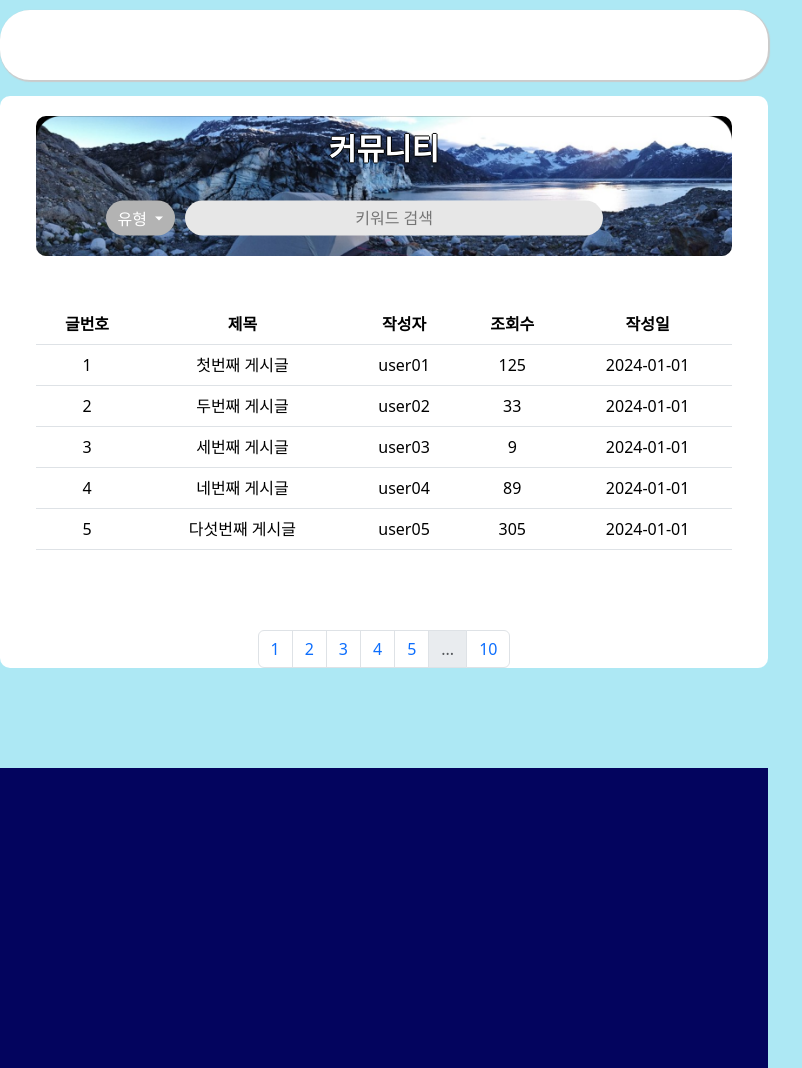
Repository: KimMJ0964/jsp
Page: http://localhost/Trafi/views/community/communityMain.jsp
An editor plug-in stored every save of this project. The page is shown before and after the next save, followed by the edit.
The browser window is 768 px wide. The page is 802 px wide, so the pictures cover 802 px, including what lies to the right of the window. The pictures show the whole page.
The page is served by Tomcat 9.

Above is the page before, as saved 2024-09-19 07:46:32.

After the next save:
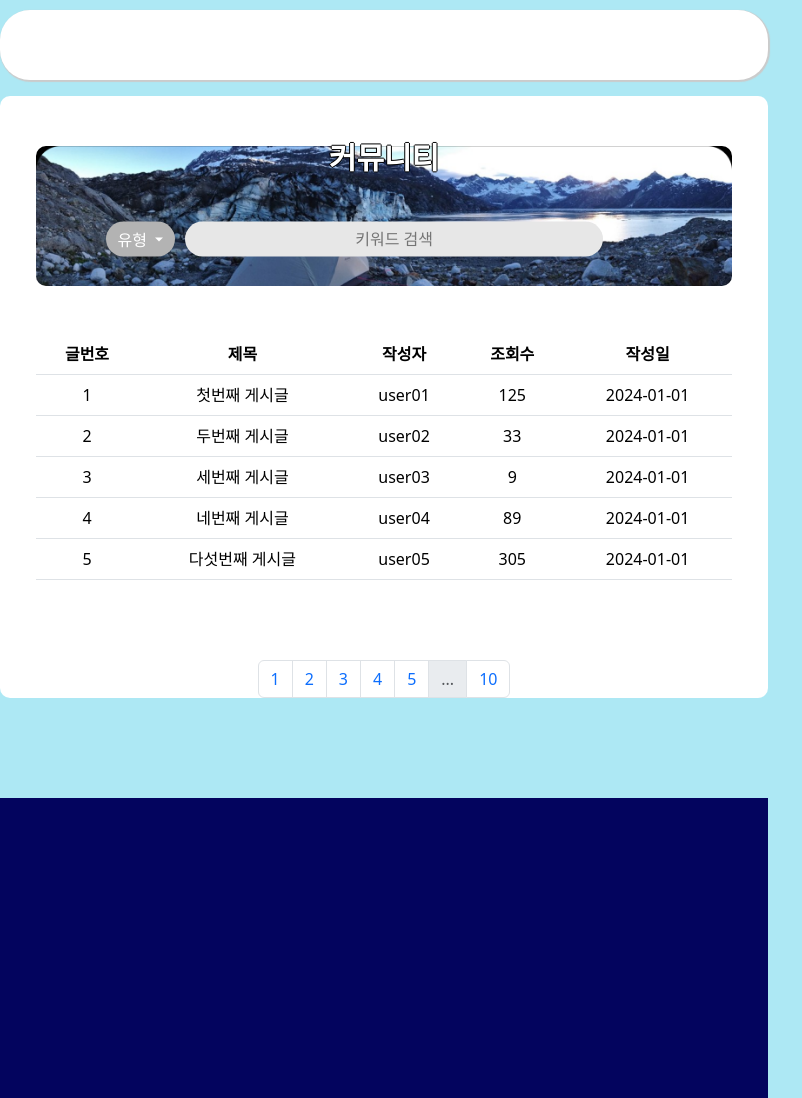
Saved 56 s later.
--- a/Trafi/src/main/webapp/views/community/communityMain.jsp
+++ b/Trafi/src/main/webapp/views/community/communityMain.jsp
@@ -164,7 +164,7 @@
             .main_image img {
                 width: 100%;
                 border-radius: 10px;
-                margin-top: 20px;
+                margin-top: 50px;
             }
             .main_image_text {
                 font-size: 30px;

After the save that followed:
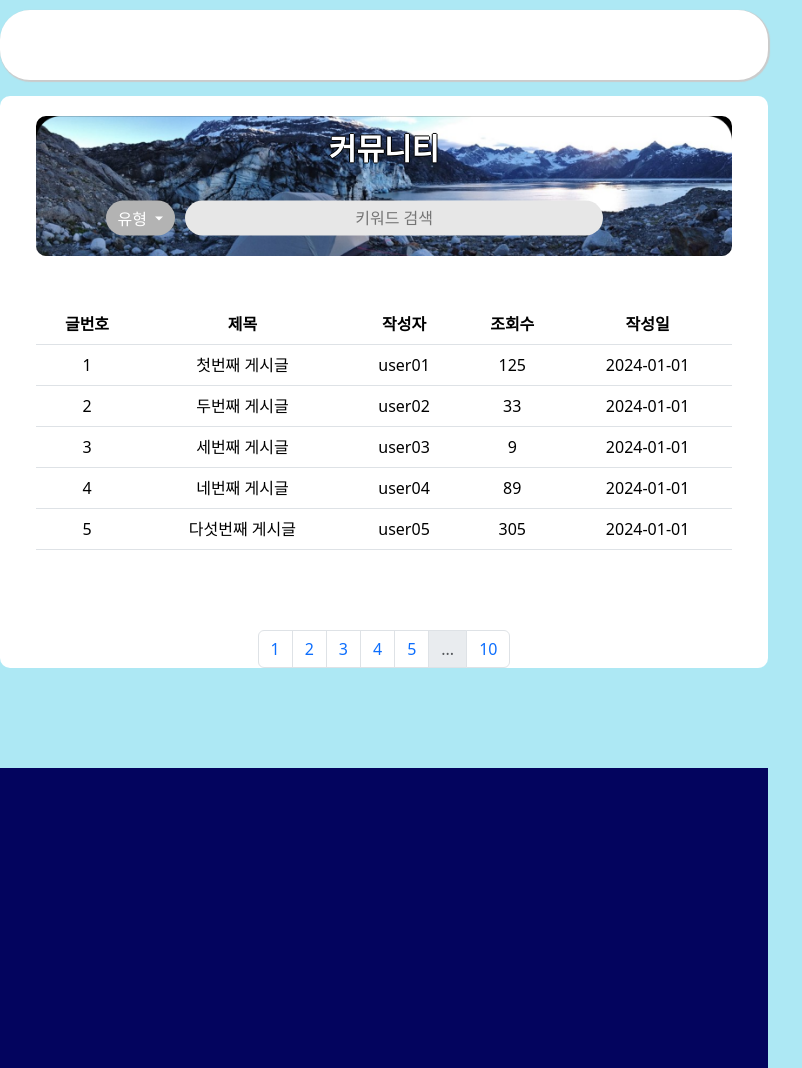
Saved 6 s later.
--- a/Trafi/src/main/webapp/views/community/communityMain.jsp
+++ b/Trafi/src/main/webapp/views/community/communityMain.jsp
@@ -164,7 +164,7 @@
             .main_image img {
                 width: 100%;
                 border-radius: 10px;
-                margin-top: 50px;
+                margin-top: 20px;
             }
             .main_image_text {
                 font-size: 30px;
